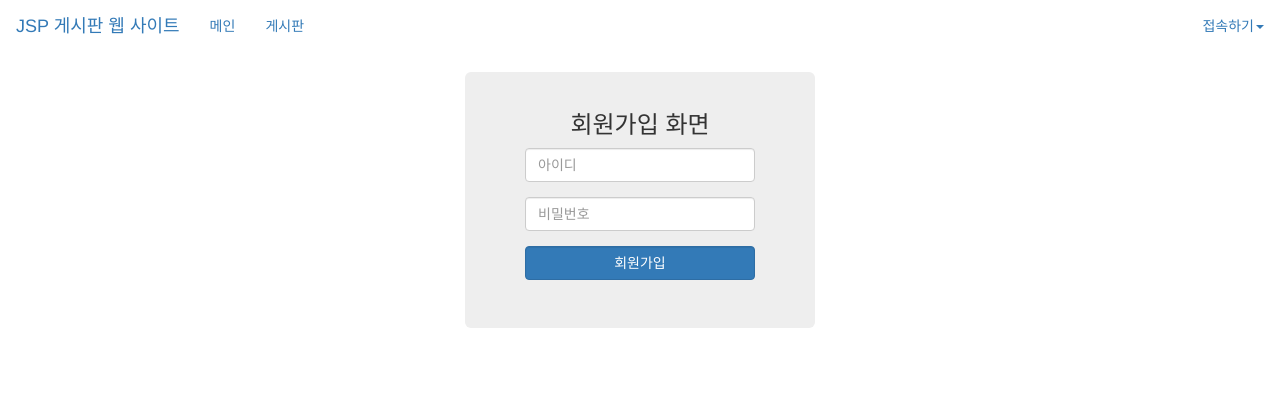
Repository: DDDEPE/mvc
Page: http://localhost/BBS/join.jsp
The author's editor kept a copy of each file at every save. The page is drawn from the files as they stood at one save, then again after the next save.
The browser window is 1280 px wide. The pictures show the whole page.
Some web libraries are served in a nearby version. The page is served by Tomcat 9. Other server files are loaded and not shown.

Above is the page before, as saved 2022-08-18 07:54:07.

### BBS/src/main/webapp/join.jsp
<%@ page language="java" contentType="text/html; charset=UTF-8"
    pageEncoding="UTF-8"%>
<!DOCTYPE html>
<html>
<head>
<meta http-equiv = "Content-Type" content="text/html; charset=UTF-8">
<meta name="viewport" content="width=device-width",initial-scale="1">
<link rel="stylesheet" href="css/bootstrap.css">
<title>JSP 게시판 웹 사이트</title>
</head>
<body>
	<nav class="navbar navbar default">
		<div class="navbar-header">
			<button type = "button" class = "navbar-toggle collapsed"
				data-toggle= "collapse" data-target="#bs-example-navbar-collapse-1"
				aria-expanded="false">
				<span class = "icon-bar"></span>
				<span class = "icon-bsar"></span>
				<span class = "icon-bar"></span>
			</button>
			<a class = "navbar-brand" href="main.jsp">JSP 게시판 웹 사이트</a>
		</div>
		<div class ="collapse navbar-collapse" id ="bs-example-navbar-collapse-1">
			<ul class = "nav navbar-nav">
				<li><a href="main.jsp">메인</a>
				<li><a href="bbs.jsp">게시판</a>
				</ul>
				<ul class = "nav navbar-nav navbar-right">
					<li class = "dropdown">
						<a href="#" class = "dropdown-toggle"
							data-toggle="dropdown" role="button" aria-haspopup="true"
							aria-expanded="false">접속하기<span class="caret"></span></a>
						<ul class = "dropdown-menu">
							<li class = "active"><a href="login.jsp">로그인</a></li>
							<li><a href="join.jsp">회원가입</a></li>
					</ul>
				</li>
			</ul>
		</div>
	</nav>
	<div class = "container">
		<div class ="col-lg-4"></div>
		<div class="col-lg-4">
			<div class="jumbotron" style = "padding-top:20px;">
				<form method = "post" action = "loginAction.jsp">
					<h3 style="text-align: center;">회원가입 화면</h3>
					<div class="form-group">
						<input type = "text" class = "form-control" placeholder="아이디" name="userID" maxlength="20">
					</div>
					<div class ="form-group">
						<input type = "password" class="form-control" placeholder="비밀번호" name="userPassword" maxlength="20">
					</div>
					<input type="submit" class="btn btn-primary form-control" value="회원가입">
				</form>
		</div>
	</div>
	<div class = "col-lg-4"></div>
	</div>
	<script src="https://code.jquery.com/jquery-3.1.1.min.js"></script>
	<script src="js/bootstrap.js"></script>
</body>
</html>

Loaded but not shown: BBS/src/main/webapp/css/bootstrap.css (library); BBS/src/main/webapp/js/bootstrap.js (library)

After the next save:
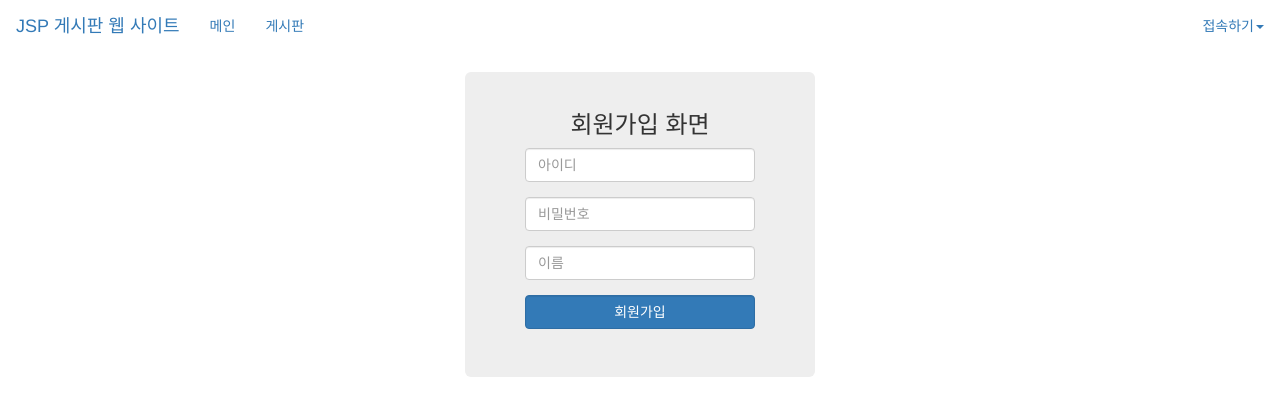
Saved 104 s later.
--- a/BBS/src/main/webapp/join.jsp
+++ b/BBS/src/main/webapp/join.jsp
@@ -50,6 +50,9 @@
 					<div class ="form-group">
 						<input type = "password" class="form-control" placeholder="비밀번호" name="userPassword" maxlength="20">
 					</div>
+					<div class ="form-group">
+						<input type = "password" class="form-control" placeholder="이름" name="userPassword" maxlength="20">
+					</div>
 					<input type="submit" class="btn btn-primary form-control" value="회원가입">
 				</form>
 		</div>
